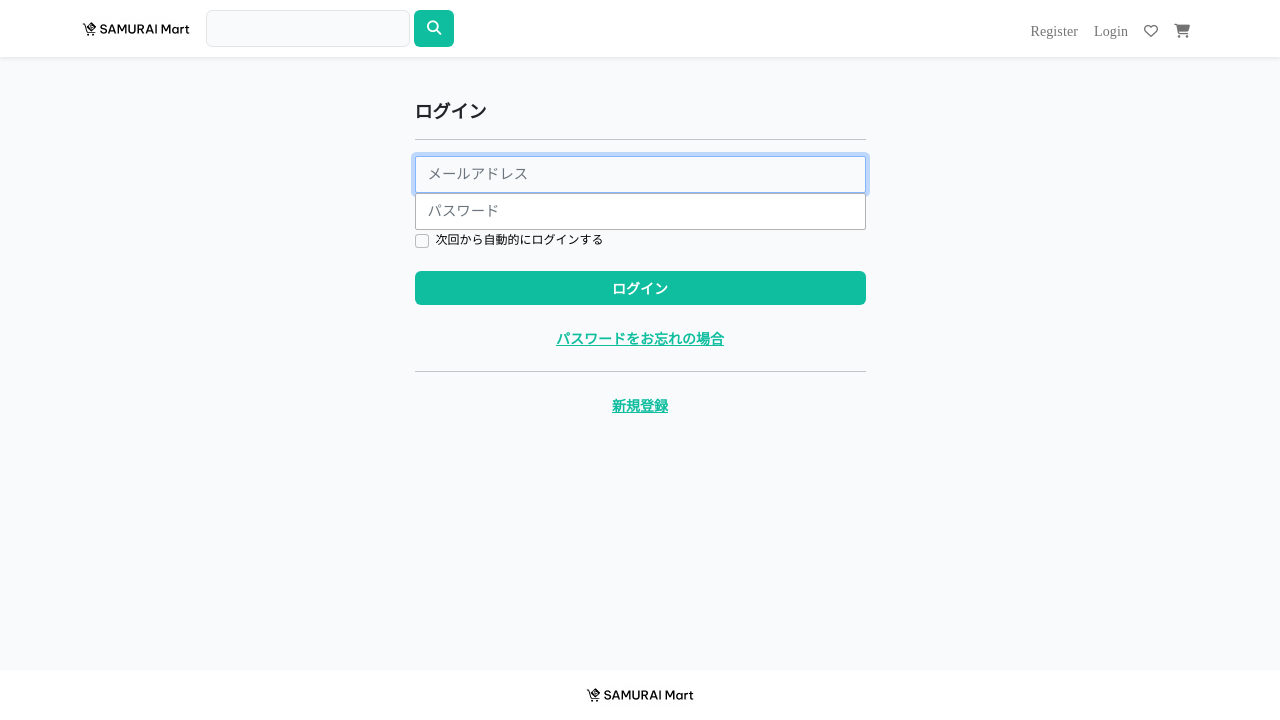
Repository: takaran/laravel-todo-kadai1
Page: http://localhost/login
These files come from the project's save history. The page is drawn as it stood at one moment and after the next save; the edit follows.
The browser window is 1280 px wide. The pictures show the whole page.
Some web libraries are served in a nearby version. The page is served by the project's Laravel application, run on PHP 8.4 with Laravel 9. Style sheets and scripts are compiled from the project's sources, by tool versions that may differ from the author's.

Above is the page before, as saved 2024-06-04 20:19:17.

After the next save:
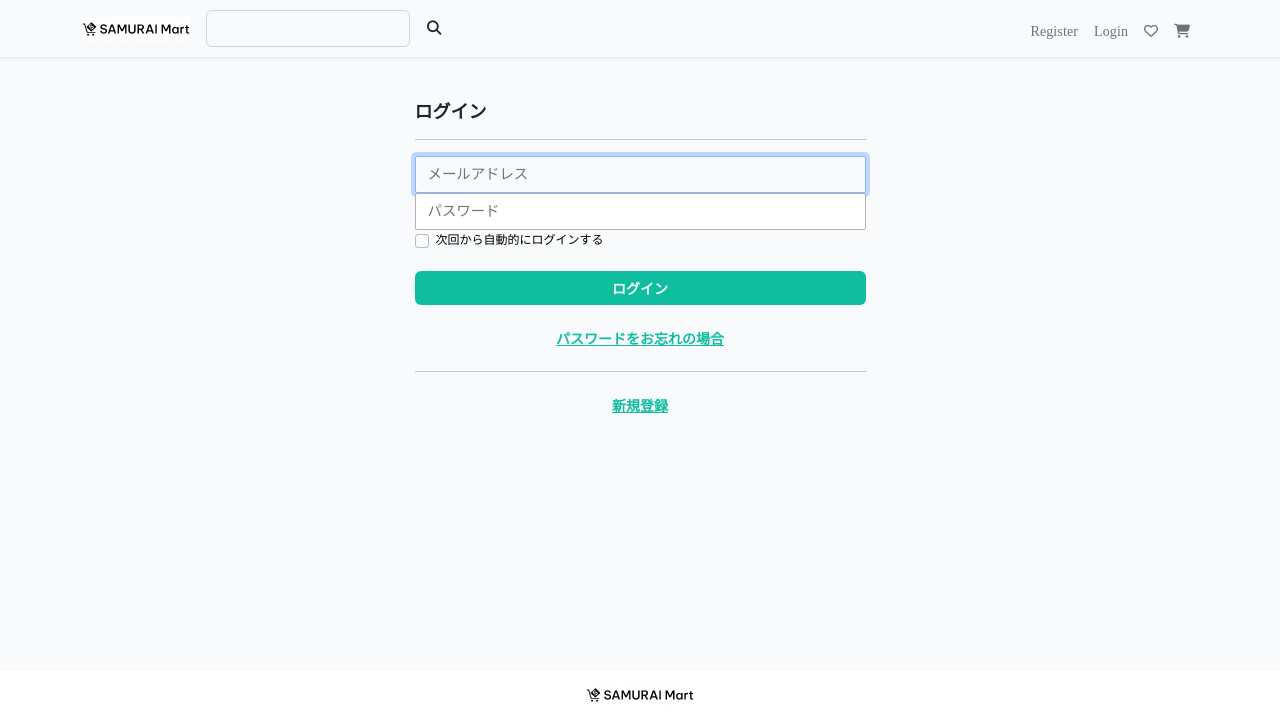
Saved 43 s later.
--- a/public/css/samuraimart.css
+++ b/public/css/samuraimart.css
@@ -146,53 +146,3 @@ label {
   letter-spacing: normal;
   color: #0fbe9f;
 }
-
-.samuraimart-header-container {
-  box-shadow: 0 1px 1px 0 rgba(0, 0, 0, 0.1);
-  background-color: #ffffff;
-}
-
-.samuraimart-header-search-input {
-  border: solid 1px #e5e5e5;
-}
-
-.samuraimart-header-search-button {
-  background-color: #0fbe9f;
-}
-
-.samuraimart-header-search-icon {
-  color: #ffffff;
-}
-
-.samuraimart-header-fav-icon {
-  color: #191919;
-}
-
-.samuraimart-header-shoppingcart-icon {
-  color: #ffffff;
-}
-
-.samuraimart-header-container {
-  box-shadow: 0 1px 1px 0 rgba(0, 0, 0, 0.1);
-  background-color: #ffffff;
-}
-
-.samuraimart-header-search-input {
-  border: solid 1px #e5e5e5;
-}
-
-.samuraimart-header-search-button {
-  background-color: #0fbe9f;
-}
-
-.samuraimart-header-search-icon {
-  color: #ffffff;
-}
-
-.samuraimart-header-fav-icon {
-  color: #191919;
-}
-
-.samuraimart-header-shoppingcart-icon {
-  color: #ffffff;
-}

After the save that followed:
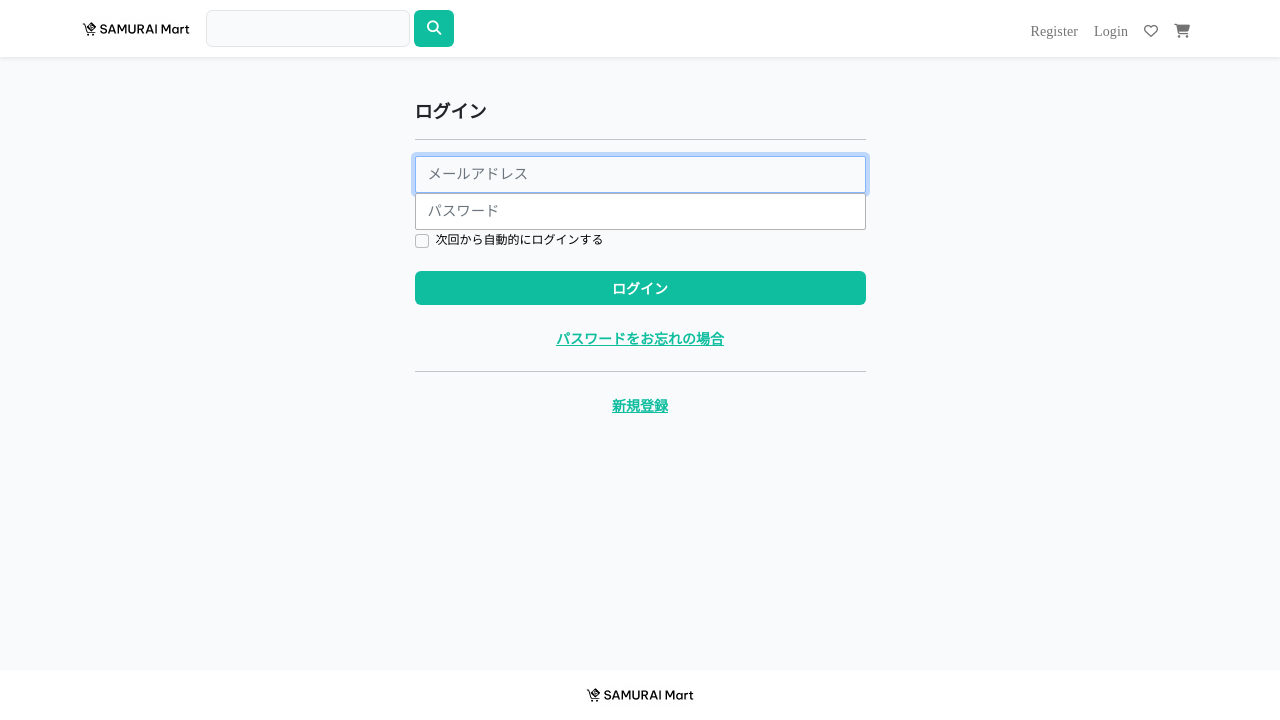
Saved 22 s later.
--- a/public/css/samuraimart.css
+++ b/public/css/samuraimart.css
@@ -146,3 +146,28 @@ label {
   letter-spacing: normal;
   color: #0fbe9f;
 }
+
+.samuraimart-header-container {
+  box-shadow: 0 1px 1px 0 rgba(0, 0, 0, 0.1);
+  background-color: #ffffff;
+}
+
+.samuraimart-header-search-input {
+  border: solid 1px #e5e5e5;
+}
+
+.samuraimart-header-search-button {
+  background-color: #0fbe9f;
+}
+
+.samuraimart-header-search-icon {
+  color: #ffffff;
+}
+
+.samuraimart-header-fav-icon {
+  color: #191919;
+}
+
+.samuraimart-header-shoppingcart-icon {
+  color: #ffffff;
+}
